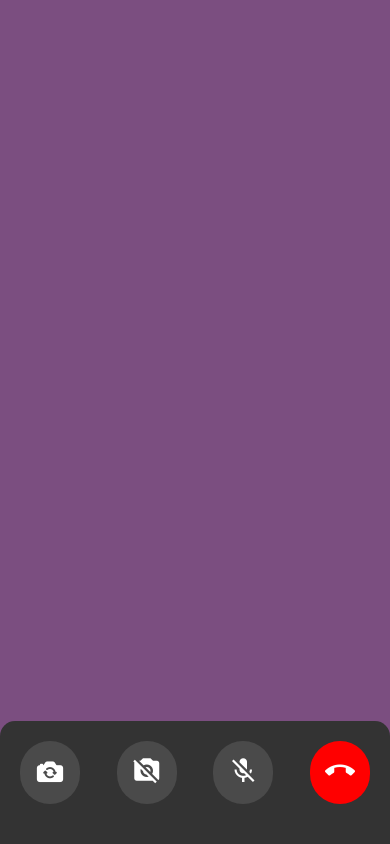
Repository: JennaFi/VideoCallApp
Screen: /Contacts
An editor plug-in stored every save of this project. The screen is shown before and after the next save, followed by the edit.
The app was drawn by React Native's web renderer in a window 390 px wide. The project was rebuilt for these pictures with package versions that can differ from the ones it lists, and the page was loaded fresh each time.

Above is the screen before, as saved 2022-01-13 00:29:05.

After the next save:
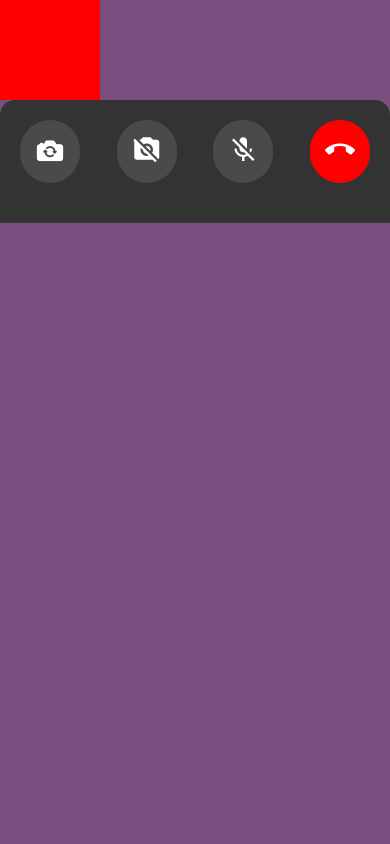
Saved 2 min 22 s later.
--- a/src/screens/CallScreen/index.js
+++ b/src/screens/CallScreen/index.js
@@ -6,6 +6,8 @@
   return (
     <View style={styles.page}>
       <View style={styles.cameraPreview}>
+
+        <View></View>
 
       </View>
 
@@ -23,10 +25,9 @@
     backgroundColor: '#7b4e80'
   },
   cameraPreview: {
-    flex: 1,
-    alignItems: 'center',
-    paddingTop: 10,
-    paddingHorizontal: 10
-  },
+    width: 100,
+    height: 100,
+    backgroundColor: 'red'
+  }
 })
 export default CallScreen

After the 4 saves that followed:
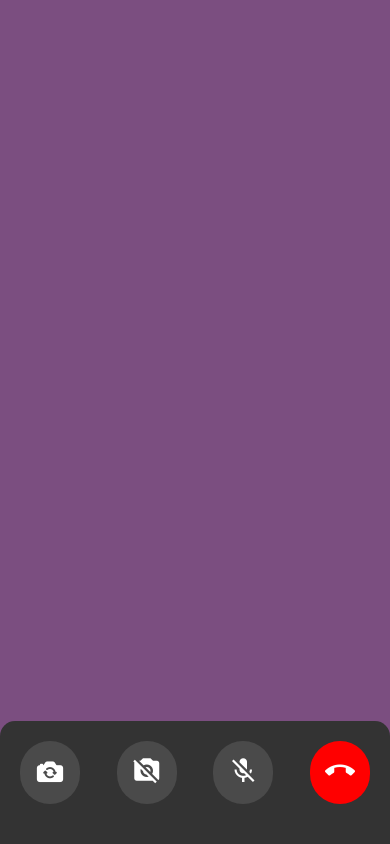
The 4 saves are shown as one change because 3 left the picture as it was.
The last was saved 10 min 8 s later.
--- a/src/screens/CallScreen/index.js
+++ b/src/screens/CallScreen/index.js
@@ -25,9 +25,10 @@
     backgroundColor: '#7b4e80'
   },
   cameraPreview: {
-    width: 100,
-    height: 100,
-    backgroundColor: 'red'
+    flex: 1,
+    alignItems: 'center',
+    paddingTop: 10,
+    paddingHorizontal: 10
   }
 })
 export default CallScreen
--- a/src/components/CallActionBox/index.js
+++ b/src/components/CallActionBox/index.js
@@ -39,7 +39,8 @@ const styles = StyleSheet.create({
     paddingBottom: 40,
     borderTopLeftRadius: 15,
     borderTopRightRadius: 15,
-    justifyContent: 'space-between'
+    justifyContent: 'space-between',
+    marginTop: 'auto'
 
 
   },
